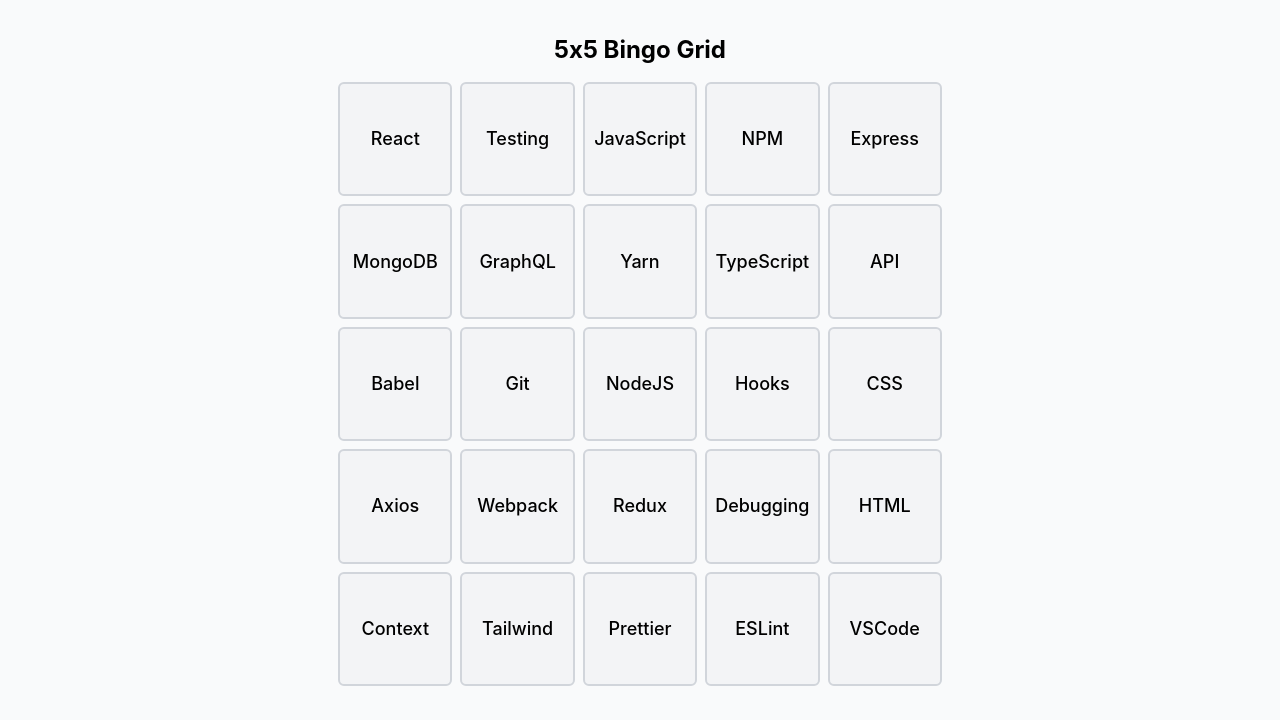
Repository: yassirbn/football-bingo
Page: /
The author's editor kept a copy of each file at every save. The page is drawn from the files as they stood at one save, then again after the next save.
The browser window is 1280 px wide. The pictures show the whole page.
The project was rebuilt for these pictures with package versions that can differ from the ones it lists, and the page was loaded fresh each time.

Above is the page before, as saved 2024-11-26 11:35:40.

### src/App.js
import React from "react";
import BingoGrid from "./component/BingoGrid/BingoGrid";


const App = () => {
  const words = [
    "React", "JavaScript", "CSS", "HTML", "Tailwind",
    "Redux", "API", "NodeJS", "Express", "MongoDB",
    "GraphQL", "TypeScript", "Hooks", "Context", "Webpack",
    "Babel", "Git", "NPM", "Yarn", "ESLint",
    "Prettier", "Testing", "Axios", "VSCode", "Debugging"
  ];

  return (
    <div className="min-h-screen bg-gray-50 flex items-center justify-center">
      <BingoGrid words={words} />
    </div>
  );
};

export default App;

### src/component/BingoGrid/BingoGrid.js
import React from "react";

const BingoGrid = ({ words }) => {
  // Ensure the grid is 5x5 by using exactly 25 words
  const gridSize = 5;
  const totalCells = gridSize * gridSize;

  // Shuffle and ensure we have exactly 25 items
  const shuffledWords = [...words]
    .sort(() => 0.5 - Math.random())
    .slice(0, totalCells);

  // Fill with placeholders if not enough words
  while (shuffledWords.length < totalCells) {
    shuffledWords.push("FREE SPACE");
  }

  return (
    <div className="p-4">
      <h1 className="text-center text-2xl font-bold mb-4">5x5 Bingo Grid</h1>
      <div
        className={`grid gap-2`}
        style={{
          gridTemplateColumns: `repeat(${gridSize}, minmax(50px, 1fr))`,
        }}
      >
        {shuffledWords.map((word, index) => (
          <div
            key={index}
            className="flex items-center justify-center border-2 border-gray-300 rounded-md bg-gray-100 hover:bg-blue-200 cursor-pointer text-center font-medium aspect-square p-2 overflow-hidden"
          >
            <span
              className="break-words text-xs sm:text-sm md:text-base lg:text-lg"
            >
              {word}
            </span>
          </div>
        ))}
      </div>
    </div>
  );
};

export default BingoGrid;

Loaded but not shown: public/index.html (common file); src/index.js (common file); src/index.css (common file); src/reportWebVitals.js (common file); tailwind.config.js (common file)

After the next save:
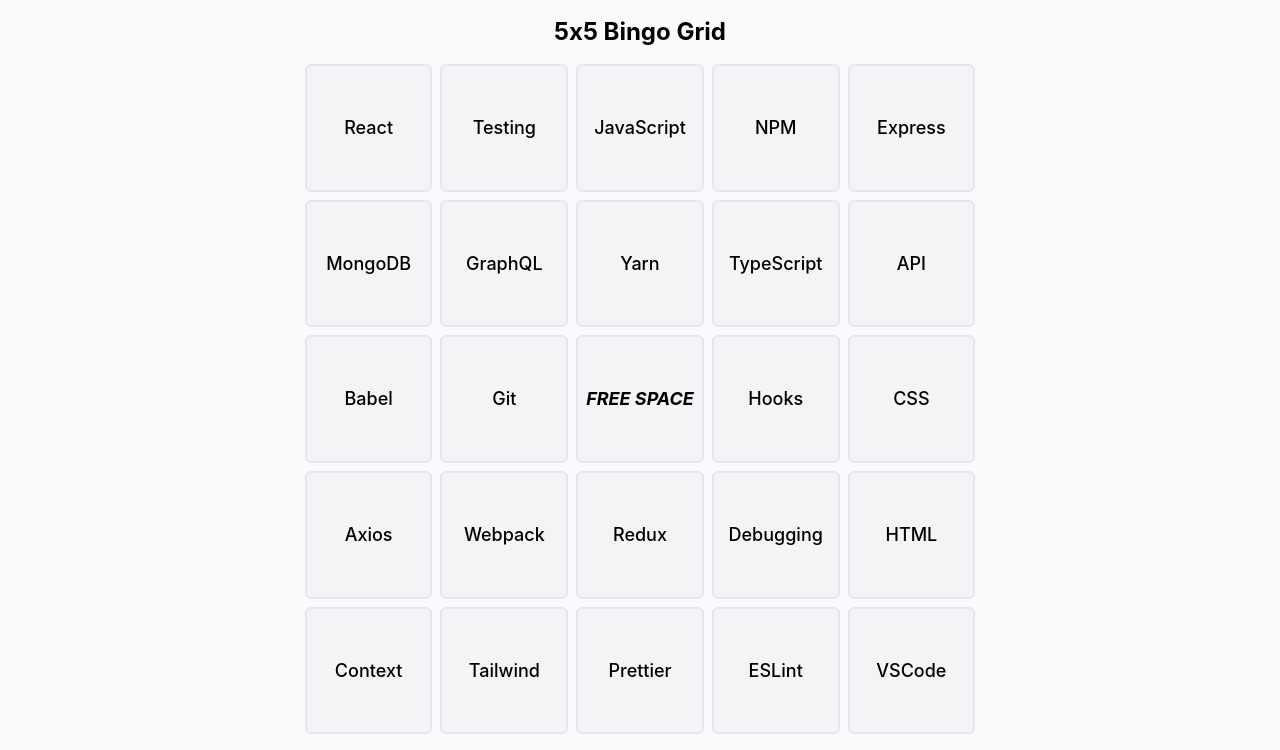
Saved 91 min 54 s later.
--- a/src/component/BingoGrid/BingoGrid.js
+++ b/src/component/BingoGrid/BingoGrid.js
@@ -1,8 +1,7 @@
-import React from "react";
+import React, { useState } from "react";
 
 const BingoGrid = ({ words }) => {
-  // Ensure the grid is 5x5 by using exactly 25 words
-  const gridSize = 5;
+  const gridSize = 5; // 5x5 grid
   const totalCells = gridSize * gridSize;
 
   // Shuffle and ensure we have exactly 25 items
@@ -12,14 +11,54 @@ const BingoGrid = ({ words }) => {
 
   // Fill with placeholders if not enough words
   while (shuffledWords.length < totalCells) {
-    shuffledWords.push("FREE SPACE");
+    shuffledWords.push("PLACEHOLDER");
   }
+
+  // Replace the center cell with "FREE SPACE"
+  const centerIndex = Math.floor(totalCells / 2);
+  shuffledWords[centerIndex] = "FREE SPACE";
+
+  // Track selected cells
+  const [selectedCells, setSelectedCells] = useState(Array(totalCells).fill(false));
+
+  // Handle cell click
+  const handleCellClick = (index) => {
+    if (!selectedCells[index]) {
+      const updatedSelection = [...selectedCells];
+      updatedSelection[index] = true;
+      setSelectedCells(updatedSelection);
+
+      // Check for Bingo
+      checkForBingo(updatedSelection);
+    }
+  };
+
+  // Check for Bingo
+  const checkForBingo = (selected) => {
+    const checkLine = (line) => line.every((index) => selected[index]);
+
+    // Generate all rows, columns, and diagonals
+    const rows = Array.from({ length: gridSize }, (_, i) =>
+      Array.from({ length: gridSize }, (_, j) => i * gridSize + j)
+    );
+    const cols = Array.from({ length: gridSize }, (_, i) =>
+      Array.from({ length: gridSize }, (_, j) => j * gridSize + i)
+    );
+    const diagonal1 = Array.from({ length: gridSize }, (_, i) => i * gridSize + i);
+    const diagonal2 = Array.from({ length: gridSize }, (_, i) => (i + 1) * gridSize - (i + 1));
+
+    const lines = [...rows, ...cols, diagonal1, diagonal2];
+
+    if (lines.some(checkLine)) {
+      alert("Bingo!");
+    }
+  };
 
   return (
     <div className="p-4">
       <h1 className="text-center text-2xl font-bold mb-4">5x5 Bingo Grid</h1>
       <div
-        className={`grid gap-2`}
+        className="grid gap-2"
         style={{
           gridTemplateColumns: `repeat(${gridSize}, minmax(50px, 1fr))`,
         }}
@@ -27,10 +66,15 @@ const BingoGrid = ({ words }) => {
         {shuffledWords.map((word, index) => (
           <div
             key={index}
-            className="flex items-center justify-center border-2 border-gray-300 rounded-md bg-gray-100 hover:bg-blue-200 cursor-pointer text-center font-medium aspect-square p-2 overflow-hidden"
+            className={`flex items-center justify-center border-2 rounded-md bg-gray-100 text-center font-medium aspect-square p-2
+              ${selectedCells[index] ? "bg-blue-300 text-white" : "hover:bg-blue-200 cursor-pointer"}
+            `}
+            onClick={() => handleCellClick(index)}
           >
             <span
-              className="break-words text-xs sm:text-sm md:text-base lg:text-lg"
+              className={`break-words text-xs sm:text-sm md:text-base lg:text-lg ${
+                index === centerIndex ? "font-bold italic" : ""
+              }`}
             >
               {word}
             </span>
